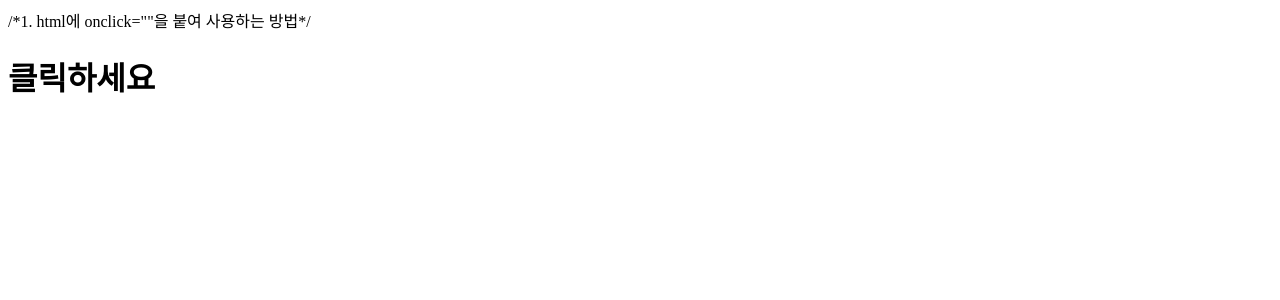
Repository: PareutPareut/frontend
Page: markDowns/html_input.html
The author's editor kept a copy of each file at every save. The page is drawn from the files as they stood at one save, then again after the next save.
The browser window is 1280 px wide. The pictures show the whole page.

Above is the page before, as saved 2023-11-28 15:25:11.

After the next save:
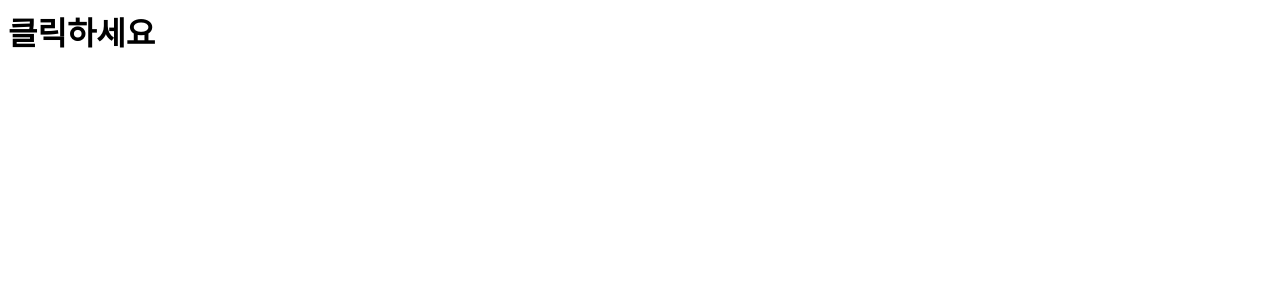
Saved 45 s later.
--- a/markDowns/html_input.html
+++ b/markDowns/html_input.html
@@ -1,4 +1,4 @@
-/*1. html에 onclick=""을 붙여 사용하는 방법*/
+<!--html에 onclick=""을 붙여 사용하는 방법*-->
 
 <html>
     <head>
